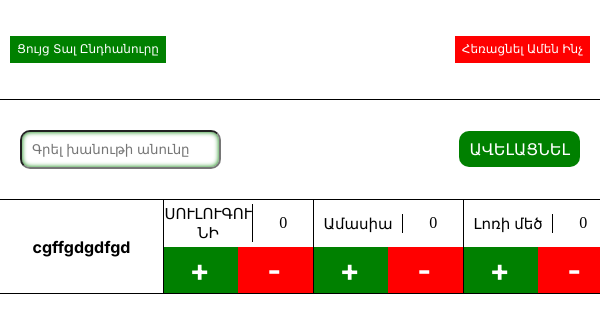
Repository: AbApin/amasia
Page: /
The author's editor kept a copy of each file at every save. The page is drawn from the files as they stood at one save, then again after the next save.
The browser window is 600 px wide. The pictures show the whole page.
The project was rebuilt for these pictures with package versions that can differ from the ones it lists, and the page was loaded fresh each time. Also part of the build but not shown: vue.config.js.

Above is the page before, as saved 2023-02-03 11:44:58.

### public/index.html
<!DOCTYPE html>
<html lang="">
  <head>
    <meta charset="utf-8" />
    <meta http-equiv="X-UA-Compatible" content="IE=edge" />
    <meta name="viewport" content="width=device-width,initial-scale=1.0" />
    <link rel="icon" href="<%= BASE_URL %>favicon.ico" />
    <title><%= htmlWebpackPlugin.options.title %></title>
    <link
      href="https://fonts.googleapis.com/css?family=Inter:100,200,300,regular,500,600,700,800,900"
      rel="stylesheet"
    />
  </head>
  <body>
    <noscript>
      <strong
        >We're sorry but <%= htmlWebpackPlugin.options.title %> doesn't work properly without
        JavaScript enabled. Please enable it to continue.</strong
      >
    </noscript>
    <div id="app"></div>
    <!-- built files will be auto injected -->
  </body>
</html>

### src/main.js
import Vue from 'vue';
import App from './App.vue';
import store from './store';
store.subscribe((mutation, state) => {
  localStorage.setItem('xanutner', JSON.stringify(state.xanutner));
  localStorage.setItem('datarkXanutner', JSON.stringify(state.isEmpty));
});
Vue.config.productionTip = false;

new Vue({
  store,
  render: (h) => h(App),
}).$mount('#app');

### src/App.vue
<template>
  <div id="app">
    <div class="header">
      <div class="avelacnelXanut">
        <input type="text" class="avelacnelInput" placeholder="Գրել խանութի անունը">
        <button class="avelacnelBtn">Ավելացնել</button>
      </div>
      <div class="cuycTal">
        <button class="cuycTalBtn" @click="isClick = true">ցույց տալ ընդհանուրը</button>
        <button class="heracnelBtn" @click="REMOVEALL">հեռացնել ամեն ինչ</button>
      </div>
      <div v-show="isClick" class="endhanurQanak">
        <button @click="isClick = false" class="closeBtn">X</button>
        <div class="endhanurQanakInner" :class="!ISEMPTY ? 'ovAuto' : ''">
          <p v-if="ISEMPTY" class="noProducts">Ոչ մի ապրանք</p>
          <ul class="endhanurQanakiList">
            <li
              v-for="xanutiAnun in Object.keys(ZAKAZNER)"
              :key="xanutiAnun"
              class="endhanurQanakiListItem"
            >
              <p class="endhanurQanakiListItemXanutiAnun">{{ xanutiAnun }}</p>
              <ul class="endhanurApranqneriList">
                <li
                  v-for="endhanurApranq in ZAKAZNER[xanutiAnun]"
                  :key="endhanurApranq.anun"
                  class="endhanurApranqneriListItem"
                >
                  <p class="endhanurApranqneriListItemAnun">{{ endhanurApranq.anun }}</p>
                  <p class="endhanurApranqneriListItemQanak">{{ endhanurApranq.qanak }}</p>
                </li>
              </ul>
            </li>
          </ul>
        </div>
      </div>
    </div>
    <div class="content">
      <ul class="contentList">
        <li v-for="xanutiAnun in Object.keys(XANUTNER)" :key="xanutiAnun" class="contentItem">
          <p class="xanutiAnun">{{ xanutiAnun }}</p>
          <ul class="apranqneriList">
            <li
              v-for="(apranq, apranqiHamar) in XANUTNER[xanutiAnun]"
              :key="apranqiHamar"
              class="apranqneriListItem"
            >
              <div class="apranqiText">
                <p class="apranqiAnun">{{ apranq.anun }}</p>
                <p class="apranqiQanak">{{ apranq.qanak }}</p>
              </div>
              <div class="apranqiAvelPakas">
                <button class="plus apranqiBtn" @click="AVELACNEL({ xanutiAnun, apranqiHamar })">
                  +
                </button>
                <button class="minus apranqiBtn" @click="PAKASACNEL({ xanutiAnun, apranqiHamar })">
                  -
                </button>
              </div>
            </li>
          </ul>
        </li>
      </ul>
    </div>
  </div>
</template>

<script>
import { mapGetters, mapMutations } from 'vuex';
export default {
  name: 'App',
  components: {},
  data() {
    return {
      isClick: false,
    };
  },
  beforeMount() {
    this.INITIAL();
  },
  methods: {
    ...mapMutations(['AVELACNEL', 'PAKASACNEL', 'INITIAL', 'REMOVEALL']),
  },
  computed: {
    ...mapGetters(['XANUTNER', 'ZAKAZNER', 'ISEMPTY']),
  },
};
</script>

<style>
@import './app.css';
</style>

### src/store/index.js
import Vuex from 'vuex';
import Vue from 'vue';

Vue.use(Vuex);

const store = new Vuex.Store({
  state: {
    xanutner: {
      cgffgdgdfgd: [
        { anun: 'ՍՈՒԼՈՒԳՈՒՆԻ', qanak: 0 },
        { anun: 'Ամասիա', qanak: 0 },
        { anun: 'Լոռի մեծ', qanak: 0 },
        { anun: 'Լոռի փոքր', qanak: 0 },
        { anun: 'Լոռի վակուում', qanak: 0 },
        { anun: 'Ոչխարի Պանիր', qanak: 0 },
        { anun: 'Չանախ', qanak: 0 },
        { anun: 'Չանախ էժան', qanak: 0 },
        { anun: 'Չեչիլ սպիտակ մատ', qanak: 0 },
        { anun: 'Չեչիլ սպիտակ կծիկ', qanak: 0 },
        { anun: 'Չեչիլ ապխտած մատ', qanak: 0 },
        { anun: 'Չեչիլապխտած կծիկ', qanak: 0 },
        { anun: 'Հոլանդական', qanak: 0 },
        { anun: 'Գունավոր Թել', qanak: 0 },
        { anun: 'ԿԱՐԱԳ', qanak: 0 },
      ],
    },
    isEmpty: true,
  },
  mutations: {
    AVELACNEL(state, payload) {
      state.xanutner[payload.xanutiAnun][payload.apranqiHamar].qanak += 1;
    },
    PAKASACNEL(state, payload) {
      let qanak = state.xanutner[payload.xanutiAnun][payload.apranqiHamar].qanak;
      if (qanak >= 1) {
        state.xanutner[payload.xanutiAnun][payload.apranqiHamar].qanak -= 1;
      }
      console.log(state.$getters.ZAKAZNER);
    },
    INITIAL(state) {
      if (localStorage.getItem('xanutner')) {
        state.xanutner = JSON.parse(localStorage.xanutner);
      } else if (localStorage.getItem('datarkXanutner')) {
        state.isEmpty = JSON.parse(localStorage.datarkXanutner);
      }
    },
    REMOVEALL(state) {
      Object.keys(state.xanutner).forEach((xanut) => {
        state.xanutner[xanut].map((el) => {
          el.qanak = 0;
        });
      });
      state.isEmpty = true;
    },
  },
  getters: {
    XANUTNER(state) {
      localStorage.setItem('key', JSON.stringify(state));
      return state.xanutner;
    },
    ZAKAZNER(state) {
      let zakazner = {};
      Object.keys(state.xanutner).forEach((xanut) => {
        zakazner[xanut] = state.xanutner[xanut].filter(function (el) {
          return el.qanak > 0;
        });
        if (zakazner[xanut].length === 0) {
          delete zakazner[xanut];
        }
      });
      Object.keys(zakazner).forEach((zakaz) => {
        if (zakazner[zakaz].length === 0) {
          state.isEmpty = true;
        } else {
          state.isEmpty = false;
        }
      });

      return zakazner;
    },
    ISEMPTY(state) {
      return state.isEmpty;
    },
  },
});

export default store;

### src/app.css
*,
*::after,
*::before {
  margin: 0;
  padding: 0;
  box-sizing: border-box;
}
ul {
  list-style: none;
}
#app {
  display: flex;
  flex-direction: column;
  min-height: 100vh;
}
.header {
  display: flex;
  justify-content: space-between;
  width: 100%;
  height: 100px;
  border-bottom: 1px solid #000;
}
.avelacnelXanut {
  display: flex;
  justify-content: space-between;
  width: 50%;
  gap: 20px;
  align-items: center;
}
.avelacnelBtn {
  font-family: 'Inter';
  font-size: 16px;
  line-height: 1;
  text-transform: uppercase;
  border: none;
  padding: 10px;
  background: green;
  color: #fff;
  border-radius: 10px;
}
.avelacnelInput {
  padding: 10px;
  border-radius: 10px;
  outline: none;
  box-shadow: inset 0 0 5px green;
}
.contentList {
  display: flex;
  flex-direction: column;
}
.contentItem {
  display: flex;
  justify-content: space-between;
}
.xanutiAnun {
  display: flex;
  align-items: center;
  justify-content: center;
  width: 10%;
  font-family: 'Inter';
  font-size: 20px;
  font-weight: 700;
  letter-spacing: 3px;
  word-wrap: break-word;
  padding: 20px 30px;
  border: 1px solid #000;
  border-top: 0;
  border-left: 0;
}
.apranqneriList {
  width: 90%;
  display: flex;
  justify-content: space-between;
}
.apranqneriListItem {
  display: flex;
  flex-direction: column;
  flex: 1 1 0;
  border: 1px solid #000;
  border-top: 0;
  border-left: 0;
}
.apranqiText {
  display: flex;
  justify-content: space-between;
  align-items: center;
  height: 50%;
}
.apranqiAnun {
  font-family: 'Inter';
  font-size: 15px;
  font-weight: 500;
  word-wrap: break-word;
  text-align: center;
  width: 60%;
  border-right: 1px solid #000;
}
.apranqiQanak {
  display: flex;
  justify-content: center;
  align-items: center;
  width: 40%;
}
.apranqiAvelPakas {
  display: flex;
  justify-content: space-between;
  width: 100%;
  height: 50%;
}
.apranqiBtn {
  display: inline-flex;
  justify-content: center;
  align-items: center;
  font-family: 'Inter';
  font-size: 30px;
  font-weight: 700;
  letter-spacing: 3px;
  border: none;
  color: #fff;
  width: 50%;
  cursor: pointer;
}
.plus {
  background: green;
}
.minus {
  background: red;
}
.cuycTal {
  width: 50%;
  display: flex;
  align-items: center;
  justify-content: space-between;
  gap: 10px;
  padding: 15px;
  border-left: 1px solid #000;
}
.heracnelBtn,
.cuycTalBtn {
  display: inline-block;
  padding: 10px;
  border: none;
  color: #fff;
  text-transform: capitalize;
  cursor: pointer;
  transition: all 0.3s linear;
}
.heracnelBtn {
  background: red;
}
.cuycTalBtn {
  background: green;
}

/* endahnur */
.endhanurQanak {
  display: flex;
  justify-content: center;
  align-items: center;
  position: fixed;
  z-index: 999;
  top: 0;
  left: 0;
  width: 100%;
  height: 100%;
  background-color: rgba(0, 0, 0, 0.7);
}
.endhanurQanakInner {
  width: 90%;
  height: 90%;
  background: #fff;
  box-shadow: 0 0 10px #fff;
  border-radius: 20px;
}
.ovAuto {
  overflow: auto;
}
.endhanurQanakiList {
  display: flex;
  flex-direction: column;
  justify-content: space-between;
  height: 100%;
}
.endhanurQanakiListItem {
  display: flex;
  align-items: center;
  flex: 1 1 0;
  border-bottom: 1px solid #000;
}
.endhanurQanakiListItem:last-child {
  border-bottom: none;
}
.endhanurQanakiListItemXanutiAnun {
  border-right: 1px solid #000;
  width: 10%;
  display: flex;
  align-items: center;
  justify-content: center;
  height: 100%;
  font-family: 'Inter';
  font-size: 18px;
  letter-spacing: 1px;
  text-transform: capitalize;
}
.endhanurApranqneriList {
  height: 100%;
  width: 90%;
  display: flex;
  flex-direction: column;
  justify-content: space-between;
  overflow: auto;
}
.endhanurApranqneriListItem {
  display: flex;
  gap: 10px;
  flex: 1 1 0;
  align-items: center;
  justify-content: flex-start;
  padding: 10px;
  border-bottom: 1px solid #000;
}
.endhanurApranqneriListItem:last-child {
  border-bottom: none;
}
.endhanurApranqneriListItemQanak {
  color: red;
  font-size: 25px;
  font-family: 'Inter';
  font-weight: 700;
}
.endhanurApranqneriListItemAnun {
  font-weight: bold;
  font-size: 20px;
}
.noProducts {
  display: flex;
  justify-content: center;
  align-items: center;
  font-size: 2rem;
  font-family: 'Inter';
  font-style: italic;
  font-weight: 700;
  width: 100%;
  height: 100%;
  padding: 20px;
}
.closeBtn {
  display: inline-block;
  color: #fff;
  font-size: 25px;
  position: absolute;
  right: 15px;
  top: 5px;
  background: transparent;
  border: none;
  cursor: pointer;
}

@media screen and (max-width: 767px) {
  .header {
    flex-direction: column-reverse;
    height: 200px;
  }
  .avelacnelXanut {
    padding: 20px;
    height: 50%;
    width: 100%;
  }
  .cuycTal {
    width: 100%;
    height: 50%;
    gap: 5px;
    padding: 10px;
    border: 0;
    border-bottom: 1px solid #000;
  }
  .heracnelBtn,
  .cuycTalBtn {
    font-size: 12px;
    line-height: 1.1;
    padding: 7px;
  }
  .xanutiAnun {
    font-size: 16px;
    letter-spacing: 0;
    word-break: break-word;
    width: 33%;
    padding: 10px;
    text-align: center;
  }
  .apranqneriList {
    overflow: auto;
  }
  .apranqneriListItem {
    min-width: 150px;
  }
  .endhanurQanakiListItemXanutiAnun {
    width: 50%;
    letter-spacing: 0;
    font-size: 16px;
    padding: 5px;
  }
}

After the next save:
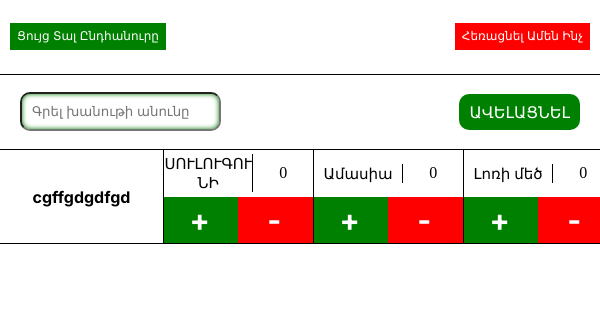
Saved 7 s later.
--- a/src/app.css
+++ b/src/app.css
@@ -259,7 +259,7 @@ ul {
 @media screen and (max-width: 767px) {
   .header {
     flex-direction: column-reverse;
-    height: 200px;
+    height: 150px;
   }
   .avelacnelXanut {
     padding: 20px;
